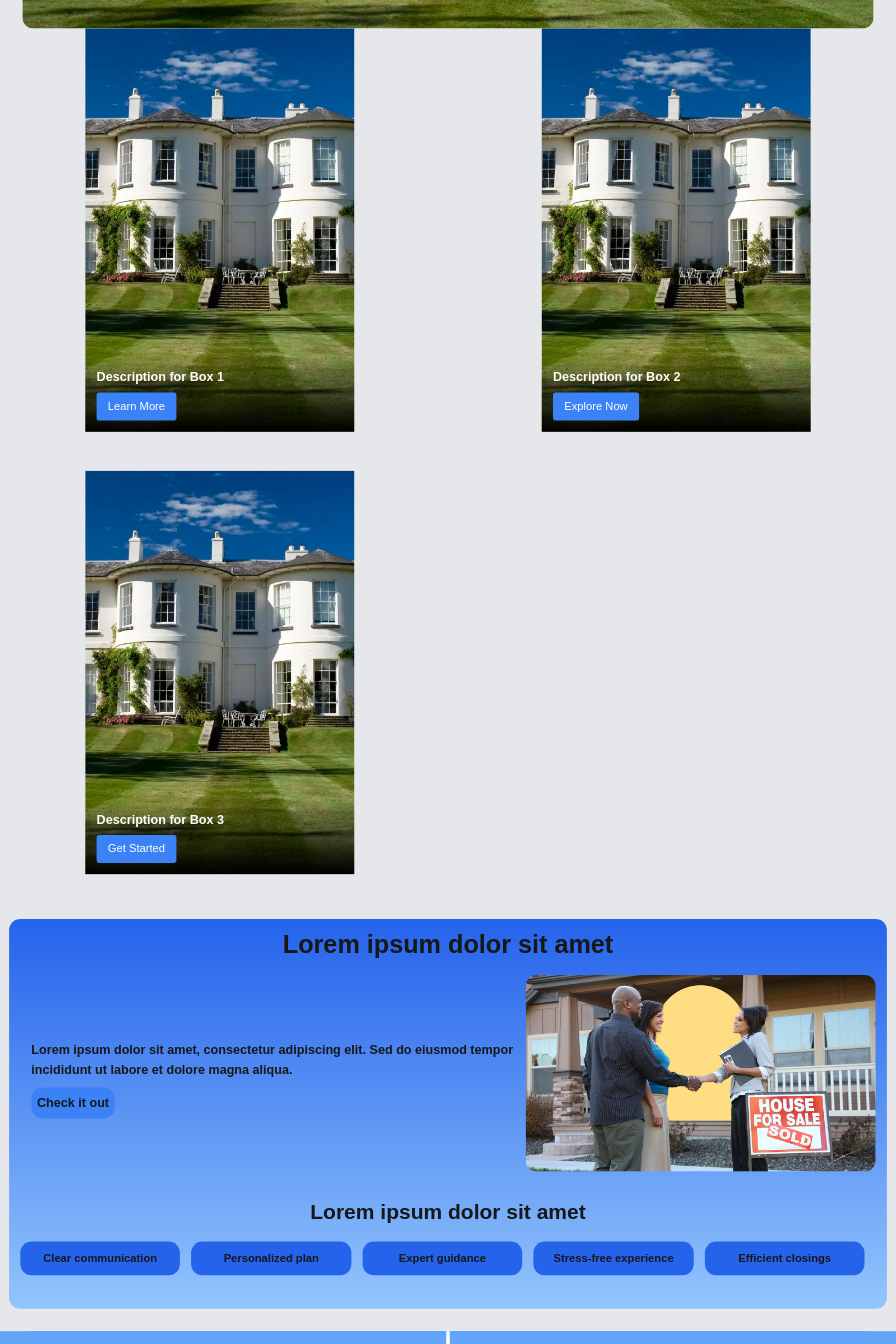
Repository: TMuse333/single-page-real-estate
Page: / (app in frontend/)
An editor plug-in stored every save of this project. The page is shown before and after the next save, followed by the edit.
The browser window is 1280 px wide. The pictures show the part of the page from y = 1514 to 3434 px (the page is 7208 px tall), at 70% of full size.
The project was rebuilt for these pictures with package versions that can differ from the ones it lists, and the page was loaded fresh each time. The framework's server and built-in components were replaced by stand-ins that run in the browser. Also part of the build but not shown: frontend/next.config.mjs.

Above is the page before, as saved 2024-12-05 16:24:04.

### frontend/src/app/layout.tsx
import { ContextProvider } from "@/context/context";
import type { Metadata } from "next";
import localFont from "next/font/local";
import "./globals.css";

const geistSans = localFont({
  src: "./fonts/GeistVF.woff",
  variable: "--font-geist-sans",
  weight: "100 900",
});
const geistMono = localFont({
  src: "./fonts/GeistMonoVF.woff",
  variable: "--font-geist-mono",
  weight: "100 900",
});

export const metadata: Metadata = {
  title: "Bonnie Hutchins",
  description: "A sample website for Bonnie Hutchins",
};

export default function RootLayout({
  children,
}: Readonly<{
  children: React.ReactNode;
}>) {
  return (
    <html lang="en">
      <ContextProvider>


      <body
        className={`${geistSans.variable} ${geistMono.variable} antialiased`}
      >
        {children}
      </body>
      </ContextProvider>
    </html>
  );
}

### frontend/src/app/page.tsx
"use client"


import AuroraHero from "../components/auroraHero/auroraHero";
import CountUpStats from "../components/countUpStats/countUpStats";
import ExperienceCard from "../components/experienceCard/experienceCard";
import { experienceCard1, experienceCard2 ,experienceCard3,
 displayBox1, displayBox2,blogData, closingStatement, contactCard,
interactiveBoxes} from "@/data/data";
// import ImageTextBox from "./components/imageTextBox/imageTextBox";
import DisplayBoxes from "../components/displayBox/displayBox";
import Testimonials from "../components/testimonials/testimonials";
import ScrollCarousel from "../components/scrollCarousel/scrollCarousel";
import Closer from "../components/closer/closer";
import BigNav from "../components/navbar/bigNav";
import Footer2 from "../components/footer/footer";
import ContactCard from "../components/contactCard/contactCard";
import Herobanner from "@/components/herobanner/herobanner";
import home from '../../public/home.webp'
import ScaleImage from "@/components/scaleImage/scaleImage";
import InteractiveBoxes from "@/components/interactiveDisplayBox/interactiveDisplayBox";
export default function Home() {
  return (
    <>

   <main className="relative w-screen overflow-x-hidden
   bg-gray-200 ">
   <BigNav
    excludedLink=""
    />
    {/* <AuroraHero/> */}
    <Herobanner/>
    <CountUpStats
    number1="45"
    number2="15.5"
    number3="20"/>

    <ScaleImage
    src={home.src}
    alt={'slat'}
    />

    <InteractiveBoxes
    boxes={interactiveBoxes}
    />

{/* <ExperienceCard
    {...experienceCard2}
    />

    <DisplayBoxes
    data={displayBox1}
    /> */}



<ExperienceCard
    {...experienceCard3}
    />



    <DisplayBoxes
    data={displayBox2}
    />

  <ExperienceCard
    {...experienceCard1}
    />

    <Testimonials/>

    <ScrollCarousel
    images={blogData}
    bgImage
    />



    <Closer
    {...closingStatement}
    />

<ContactCard
    {...contactCard}
    />

    <Footer2
    excludedLink=""
    />


   </main>
   </>
  );
}

### frontend/src/context/context.tsx
"use client"

import React, { createContext, useState, useContext, ReactNode, useEffect } from 'react';

// Define the type for the context value
interface GeneralContextType {

  isMobile: boolean;
  setIsMobile: React.Dispatch<React.SetStateAction<boolean>>;
  heroInView: boolean;
  setHeroInView: React.Dispatch<React.SetStateAction<boolean>>;


}

// Create the context
export const GeneralContext = createContext<GeneralContextType | undefined>(undefined);

// Create a provider component
export const ContextProvider: React.FC<{ children: ReactNode }> = ({ children }) => {
  // Initialize the value state


  // Detect mobile devices
  const [isMobile, setIsMobile] = useState<boolean>(true);

const [heroInView, setHeroInView] = useState(true)





  useEffect(() => {
    const handleScroll = () => {
      if (typeof window !== 'undefined') {
        setIsMobile(window.innerWidth <= 865);
      }
    };

    if (typeof window !== 'undefined') {
      window.addEventListener('scroll', handleScroll);
      handleScroll(); // Initial check
    }

    return () => {
      if (typeof window !== 'undefined') {
        window.removeEventListener('scroll', handleScroll);
      }
    };
  }, []);


  useEffect(() => {
    console.log('is mobile', isMobile);
  }, [isMobile]);

  const contextValue = {

    isMobile,
    setIsMobile,
    heroInView, setHeroInView

  };

  return <GeneralContext.Provider value={contextValue}>{children}</GeneralContext.Provider>;
};

export const useGeneralContext = (): GeneralContextType => {
  const context = useContext(GeneralContext);
  if (!context) {
    throw new Error('useGeneralContext must be used within a ContextProvider');
  }
  return context;
};

### frontend/src/components/countUpStats/countUpStats.tsx
"use client"
import React, {useRef} from "react";
import CountUp from "react-countup";
import { useInView} from 'framer-motion'

interface Props {
  number1: string;
  number2: string;
  number3: string;
}

const CountUpStats: React.FC<Props> = ({ number1, number2, number3 }) => {

    const ref = useRef(null)
    const inView = useInView(ref,{
        once:true
    })
  return (
    <>
    <section   ref={ref}
    className="mx-auto w-screen max-w-[1200px]
    text-black">
         <h2 className="text-center px-4 font-bold text-2xl sm:text-3xl
         my-12">Lorem ipsum dolor sit amet consectetur adipisicing elit. Possimus, iusto?</h2>
         <p className="font-semibold px-4">
            Lorem ipsum dolor sit amet, consectetur adipisicing elit. Maxime enim dolore autem vitae, neque deserunt itaque minus officia modi repudiandae culpa hic explicabo mollitia rerum dolorem impedit, delectus, voluptatem facilis deleniti perferendis consectetur. Distinctio possimus, asperiores eius quos natus blanditiis. Dolore officiis voluptates architecto at temporibus. Omnis eaque rerum praesentium!
         </p>

    <section

      className="flex mx-auto flex-col justify-center items-center mt-4
      md:flex-row font-semibold"
    >

      {/* Number 1 */}
      <div className="text-2xl mb-6 flex flex-col
      justify-center md:flex-row items-start ">
        <CountUp start={0}
          end={inView ? parseInt(number1) : 0}
         duration={2} />
         &nbsp; millions sold
         <div className="w-[50vw] h-[5px] bg-black mb-6
      md:h-[50px] md:w-[5px] mx-4 " />
      </div>

      {/* Divider */}


      {/* Number 2 */}
      <div className="text-2xl mb-6 flex flex-col
      justify-center md:flex-row items-start ">
        <CountUp start={0}
          end={inView ? parseInt(number2) : 0}
         duration={2} />
         &nbsp; years of experience
         <div className="w-[50vw] h-[5px] bg-black mb-6
      md:h-[50px] md:w-[5px] mx-4 " />
      </div>

      {/* Number 3 */}
      <div className="text-2xl mb-6 flex flex-col
      justify-center md:flex-row items-start mb-auto">
        <CountUp start={0}
          end={inView ? parseInt(number3) : 0}
         duration={2} />
         +&nbsp; happy clients

      </div>
    </section>
    </section>

    <div className="w-[80vw] max-w-[1200px]
    mx-auto h-[5px] bg-black"
    />

    </>
  );
};

export default CountUpStats;

### frontend/src/data/data.ts
export const experienceCard1 = {
  title: "Lorem ipsum dolor sit amet",
  src: "/helpful.jpg", // Replace with actual image path
  alt: "Realtor helping clients",
  description: "Lorem ipsum dolor sit amet, consectetur adipiscing elit. Sed do eiusmod tempor incididunt ut labore et dolore magna aliqua.",
  aspects: [
      "Lorem ipsum dolor sit amet",
      "Consectetur adipiscing elit",
      "Sed do eiusmod tempor incididunt",
      "Ut labore et dolore magna aliqua",
      "Quick and efficient closings"
  ],
  link: '', // No link provided
  reverse: false,
  aspectHeader: "Lorem ipsum dolor sit amet"
};

export const experienceCard2 = {
  title: "Lorem ipsum dolor sit amet",
  src: "/helpful.jpg",
  alt: "Bonnie Hutchins Realtor in Action",
  description: "Lorem ipsum dolor sit amet, consectetur adipiscing elit. Sed do eiusmod tempor incididunt ut labore et dolore magna aliqua.",
  aspects: [
      "Expert market analysis",
      "Personalized home search",
      "Professional negotiation",
      "Full-service support",
      "Local expertise"
  ],
  link: "",
  reverse: true,
  aspectHeader: "Lorem ipsum dolor sit amet"
};

export const experienceCard3 = {
  title: "Lorem ipsum dolor sit amet",
  src: "/helpful.jpg",
  alt: "Bonnie Hutchins Guiding Clients Through the Process",
  description: "Lorem ipsum dolor sit amet, consectetur adipiscing elit. Sed do eiusmod tempor incididunt ut labore et dolore magna aliqua.",
  aspects: [
      "Clear communication",
      "Personalized plan",
      "Expert guidance",
      "Stress-free experience",
      "Efficient closings"
  ],
  link: "/process",
  reverse: true,
  aspectHeader: "Lorem ipsum dolor sit amet"
};

export const imageTextBox1 = {
  src: '/bonnie.jpg',
  alt: 'bonnie the realtor',
  title: 'Lorem ipsum dolor sit amet',
  description: "Lorem ipsum dolor sit amet, consectetur adipiscing elit. Sed do eiusmod tempor incididunt ut labore et dolore magna aliqua.",
  buttonText: 'Learn more',
  destination: '/'
};

export const imageTextBox2 = {
  src: '/bonnie.jpg',
  alt: 'bonnie the realtor',
  title: 'Lorem ipsum dolor sit amet',
  description: "Lorem ipsum dolor sit amet, consectetur adipiscing elit. Sed do eiusmod tempor incididunt ut labore et dolore magna aliqua.",
  buttonText: 'Learn more',
  destination: '/'
};

export const displayBox1 = [
  {
      title: 'Lorem ipsum dolor sit amet',
      src: '/trophy.png',
      alt: 'bonnie the realtor',
      description: "Lorem ipsum dolor sit amet, consectetur adipiscing elit. Sed do eiusmod tempor incididunt ut labore et dolore magna aliqua.",
      buttonText: 'Learn more',
      destination: '/'
  },
  {
      src: '/marketing.png',
      alt: 'bonnie the realtor',
      title: 'Lorem ipsum dolor sit amet',
      description: "Lorem ipsum dolor sit amet, consectetur adipiscing elit. Sed do eiusmod tempor incididunt ut labore et dolore magna aliqua.",
      buttonText: 'Learn more',
      destination: '/'
  }
];

export const displayBox2 = [
  {
      title: 'Lorem ipsum dolor sit amet',
      src: '/buy-home.png',
      alt: 'Bonnie the Realtor - Helping Buyers',
      description: "Lorem ipsum dolor sit amet, consectetur adipiscing elit. Sed do eiusmod tempor incididunt ut labore et dolore magna aliqua.",
      buttonText: 'Explore Buyers Page',
      destination: '/buyers'
  },
  {
      src: '/for-sale.png',
      alt: 'Bonnie the Realtor - Helping Sellers',
      title: 'Lorem ipsum dolor sit amet',
      description: "Lorem ipsum dolor sit amet, consectetur adipiscing elit. Sed do eiusmod tempor incididunt ut labore et dolore magna aliqua.",
      buttonText: 'Explore Sellers Page',
      destination: '/sellers'
  }
];

export const blogData = [
  {
      src: '/trophy.png',
      alt: 'the trophy',
      title: 'Lorem ipsum dolor sit amet',
      description: "Lorem ipsum dolor sit amet, consectetur adipiscing elit.",
      link: '/blog/top-tips-for-first-time-homebuyers',
      date: 'Nov 17th 2024'
  },
  {
      src: '/trophy.png',
      alt: 'the trophy',
      title: 'Lorem ipsum dolor sit amet',
      description: "Lorem ipsum dolor sit amet, consectetur adipiscing elit.",
      link: '/blog/home-staging-secrets',
      date: 'Nov 10th 2024'
  },
  {
      src: '/trophy.png',
      alt: 'the trophy',
      title: 'Lorem ipsum dolor sit amet',
      description: "Lorem ipsum dolor sit amet, consectetur adipiscing elit.",
      link: '/blog/real-estate-market-trends',
      date: 'Nov 3rd 2024'
  },
  {
      src: '/trophy.png',
      alt: 'the trophy',
      title: 'Lorem ipsum dolor sit amet',
      description: "Lorem ipsum dolor sit amet, consectetur adipiscing elit.",
      link: '/blog/perfect-neighborhood-guide',
      date: 'Oct 27th 2024'
  },
  {
      src: '/trophy.png',
      alt: 'the trophy',
      title: 'Lorem ipsum dolor sit amet',
      description: "Lorem ipsum dolor sit amet, consectetur adipiscing elit.",
      link: '/blog/importance-of-pre-approval',
      date: 'Oct 20th 2024'
  }
];

export const closingStatement = {
  image: '/hero-building.jpeg',
  title: 'Lorem ipsum dolor sit amet',
  description: "Lorem ipsum dolor sit amet, consectetur adipiscing elit. Sed do eiusmod tempor incididunt ut labore et dolore magna aliqua.",
  buttonText: 'Get Started',
  destination: '/contact'
};

export const contactCard = {
  src: '/bonnie.jpg',
  alt: 'Bonnie',
  name: 'Lorem Ipsum',
  title: "Lorem Ipsum\nLorem Ipsum",
  description: '',
  quote: '',
  phone: '(123) 456-7890',
  email: 'lorem@ipsum.com\nLorem Ipsum',
  socials: [{
      src: '',
      destination: '',
      alt: ''
  }]
};


export const interactiveBoxes = [
  {
    src: "/home.webp",
    alt: "Box 1",
    description: "Description for Box 1",
    button: "Learn More",
  },
  {
    src: "/home.webp",
    alt: "Box 2",
    description: "Description for Box 2",
    button: "Explore Now",
  },
  {
    src: "/home.webp",
    alt: "Box 3",
    description: "Description for Box 3",
    button: "Get Started",
  },
  // Add more boxes as needed
];

### frontend/src/components/displayBox/displayBox.tsx
import React from "react";
import Image from 'next/image'
import Link from "next/link";


interface ElementProps {
    title:string,
    src:string,
    alt:string,
    description:string,
    buttonText:string,
    destination:string
}

const Element:React.FC<ElementProps> = ({
    title,src,alt,description,buttonText,
    destination
}) => {

    return (
        <section className="w-[90vw] mx-auto flex
        mt-2
        flex-col justify-center items-center relative

        sm:w-[45vw] max-w-[500px] mb-8">
            <h2 className="text-white text-center
            text-2xl mb-4 font-semibold">{title}</h2>
            <Image
            src={src}
            alt={alt}
            width={600}
            height={1300}
            className='w-[40vw]  h-[20vw]
            max-h-[150px] mx-auto object-contain
            max-w-[200px] bg-gray-300 rounded-2xl'
            />
            <p className="text-white my-4 font-semibold">{description}</p>
            <button className="bg-[#00bfff]
            p-2 rounded-2xl text-white">
                <Link href={destination}>
                    {buttonText}
                </Link>
            </button>


        </section>

    )
}

interface DisplayBoxProps {
    data:ElementProps[]
}

    const DisplayBoxes:React.FC<DisplayBoxProps> = ({
        data
    }) => {

        return (
            <section className="w-screen relative
            bg-gradient-to-b from-blue-400 to-blue-300 "
            >


            <section className="flex flex-col
            sm:grid grid-cols-2 justify-center
            items-center max-w-[1200px]
            mx-auto bg-gradient-to-b from-blue-400 to-blue-300
             pt-5">
                <div className="absolute
                top-1/2 w-full
                 sm:top-0
                left-1/2 -translate-x-1/2 h-[5px]
                 md:h-full
                sm:w-[5px] bg-white"/>
                {data.map((data, index) => (
                    <Element
                    {...data}
                    key={index}
                    />
                ))}
            </section>
            </section>

        )
    }


    export default DisplayBoxes

### frontend/src/components/contactCard/contactCard.tsx
import Image from "next/image";
import Link from "next/link";
import React from "react";



interface Props {
    src:string,
    alt:string,
    name:string,
    title:string
    description:string,
    quote:string
    phone:string,
    email:string,
    socials:{
        src:string,
        destination:string,
        alt:string
    }[]
}


const ContactCard:React.FC<Props> = ({
    src,alt,name,
    phone,email,socials,title,quote
}) => {


    return (
        <section className="mx-auto flex flex-col
        md:flex-row max-w-[1200px] my-12">
            <section className="text-center
            md:w-[33vw] max-w-[400px]">
                <h3 className="mb-2 font-bold
                text-3xl">{name}</h3>
                <h4 className="mb-2 font-semibold
                whitespace-pre-line">{title}</h4>
                <p className="mb-2 px-4">{quote}</p>
            </section>
            <section className="md:w-[33vw] max-w-[400px]">
                <Image
                src={src}
                alt={alt}
                className='w-[70vw]
                object-contain mx-auto
                max-w-[200px] hax-h-[250px]'
                width={600}
                height={1300}
                />
            </section>
            <section className="text-center  md:w-[33vw] max-w-[400px]">
                <h3 className="mb-2 text-2xl font-semibold">Contact Information</h3>
                <p className="mb-2 font-semibold">{phone}</p>
                <p className="mb-2 font-semibold whitespace-pre-line

                leading-6">{email}</p>
                {/* <ul className="flex items-center w-full
                ">
                    {socials.map((social,index)=>(
                        <li className="mx-auto"
                        key={index}
                        >
                            <Image
                            src={social.src}
                            alt={social.alt}
                            className='w-[100px]
                            object-contain'
                            width={600}
                            height={1300}
                            />
                            <Link
                            href={social.destination}
                            />
                        </li>
                    ))}
                </ul> */}
            </section>

        </section>
    )
}

export default ContactCard

### frontend/src/components/scaleImage/scaleImage.tsx
import Image from "next/image";
import React, { useRef } from "react";
import { motion, useInView, useTransform, useScroll } from "framer-motion";

interface Props {
  src: string;
  alt: string;
}

const ScaleImage: React.FC<Props> = ({ src, alt }) => {
  const ref = useRef(null); // Ref for detecting the viewport visibility
  const isInView = useInView(ref, { margin: "-50%" }); // Trigger when at least 50% of the element is in view

  const { scrollYProgress } = useScroll({
    target: ref,
    offset: ["start end", "end start"], // Start animating when it enters and ends when it leaves
  });

  // Scale from 20vw by 20vw to full width/height
  const scale = useTransform(scrollYProgress, [0.3, 0.45], [0.4, 1]);

  return (
    <section
      ref={ref}
      className="relative w-[95vw] mx-auto h-screen overflow-hidden
      md:h-[80vh]"
    >
      <motion.div
        style={{
          scale, // Bind the scale transform to the scroll progress
        }}
        className="absolute w-full h-full "
      >
        <Image
          src={src}
          alt={alt}
          className="object-cover w-full h-full
          rounded-2xl"
          width={600}
          height={1300}
        />
      </motion.div>
    </section>
  );
};

export default ScaleImage;

### frontend/src/components/interactiveDisplayBox/interactiveDisplayBox.tsx
import React from "react";

// Define the type for the InteractiveBox component props
interface InteractiveBoxProps {
  src: string;
  alt: string;
  description: string;
  button: string;
}

// InteractiveBox component
const InteractiveBox: React.FC<InteractiveBoxProps> = ({
  src,
  alt,
  description,
  button,
}) => {
  return (
    <div className="relative w-[90vw] sm:w-[45vw] lg:w-[30vw] mx-auto mb-8
    h-[80vh]">
      <div
        className="absolute top-0 left-0 right-0 bottom-0 bg-cover bg-center"
        style={{ backgroundImage: `url(${src})`,  }}
      ></div>
      <div className="absolute bottom-0 left-0 right-0 p-4 bg-gradient-to-t from-black to-transparent">
        <h3 className="text-white text-lg font-semibold">{description}</h3>
        <button className="mt-2 bg-blue-500 text-white px-4 py-2 rounded">
          {button}
        </button>
      </div>
    </div>
  );
};

// Define the type for the InteractiveBoxes component props
interface InteractiveBoxesProps {
  boxes: InteractiveBoxProps[];
}

// InteractiveBoxes component
const InteractiveBoxes: React.FC<InteractiveBoxesProps> = ({ boxes }) => {
  return (
    <div className="grid grid-cols-1 md:grid-cols-2 gap-6">
      {boxes.map((box, index) => (
        <InteractiveBox
          key={index}
          src={box.src}
          alt={box.alt}
          description={box.description}
          button={box.button}
        />
      ))}
    </div>
  );
};

// Example usage in an App component


export default InteractiveBoxes;

Loaded but not shown: frontend/src/app/globals.css (common file); frontend/tailwind.config.ts (common file); frontend/src/components/navbar/bigNav.tsx (512 lines, source omitted); frontend/src/components/experienceCard/experienceCard.tsx (191 lines, source omitted); frontend/src/components/testimonials/testimonials.tsx (127 lines, source omitted); frontend/src/components/scrollCarousel/scrollCarousel.tsx (161 lines, source omitted); frontend/src/components/footer/footer.tsx (178 lines, source omitted); frontend/src/components/typeWriter/typeWriter.tsx (129 lines, source omitted); frontend/src/components/slidingText/slidingText.tsx (85 lines, source omitted); frontend/src/components/closer/closer.tsx (107 lines, source omitted); frontend/src/components/herobanner/herobanner.tsx (87 lines, source omitted)

After the next save:
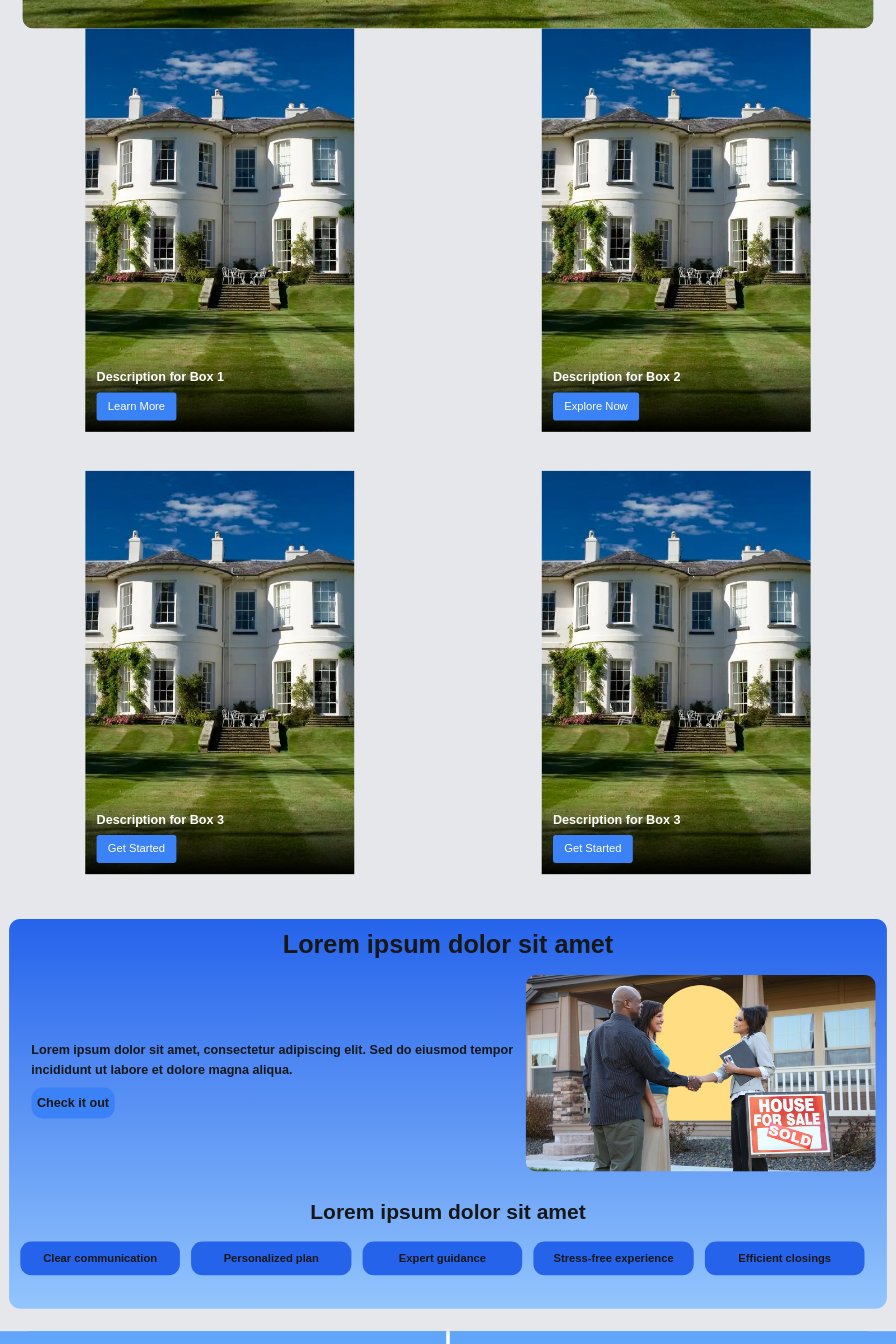
Saved 3 min 45 s later.
--- a/frontend/src/data/data.ts
+++ b/frontend/src/data/data.ts
@@ -192,5 +192,11 @@ export const interactiveBoxes = [
     description: "Description for Box 3",
     button: "Get Started",
   },
+  {
+    src: "/home.webp",
+    alt: "Box 3",
+    description: "Description for Box 3",
+    button: "Get Started",
+  },
   // Add more boxes as needed
 ];
